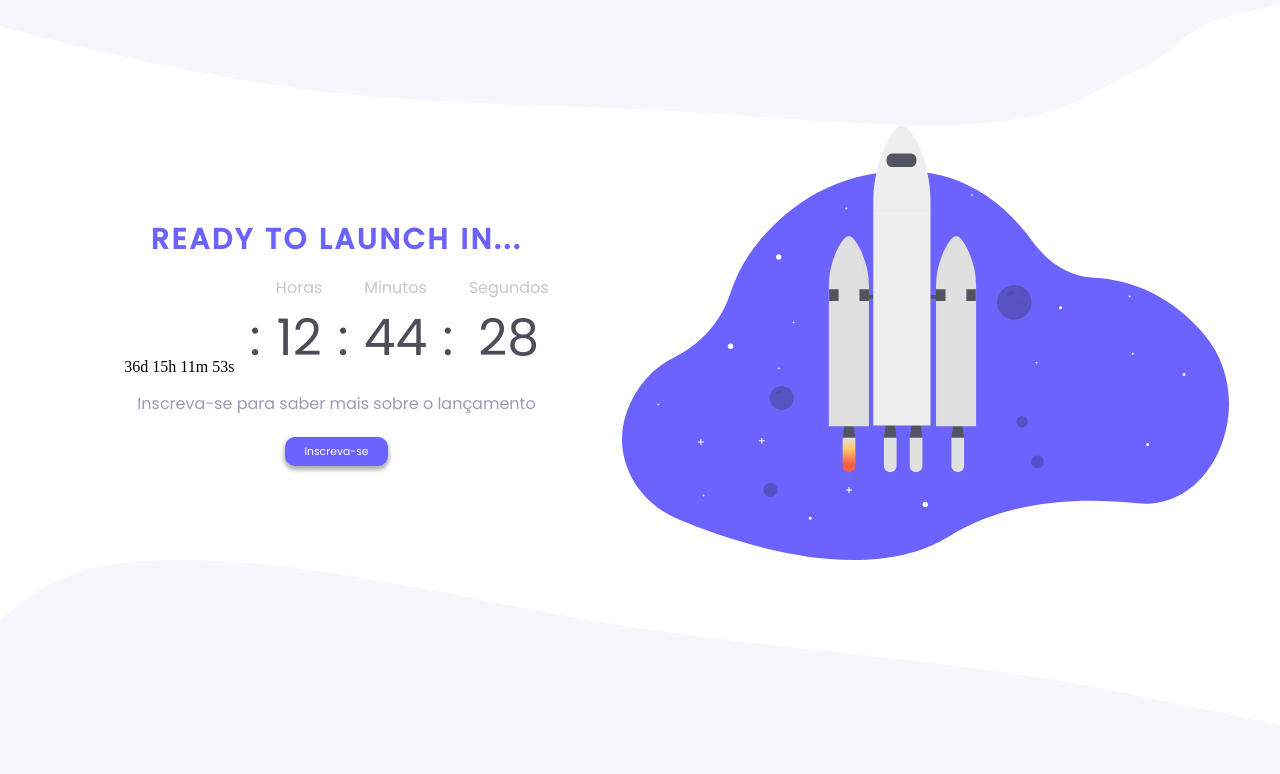
Repository: BrunoBross/countdown
Page: index.html
An editor plug-in stored every save of this project. The page is shown before and after the next save, followed by the edit.
The browser window is 1280 px wide. The pictures show the whole page.

Above is the page before, as saved 2021-11-30 01:10:17.

### index.html
<!DOCTYPE html>
<html lang="en">
<head>
  <meta charset="UTF-8">
  <meta http-equiv="X-UA-Compatible" content="IE=edge">
  <meta name="viewport" content="width=device-width, initial-scale=1.0">
  <title>Document</title>
  <link rel="stylesheet" href="./style.css">
  <link rel="preconnect" href="https://fonts.googleapis.com">
  <link rel="preconnect" href="https://fonts.gstatic.com" crossorigin>
  <link href="https://fonts.googleapis.com/css2?family=Poppins:wght@300;400;500&display=swap" rel="stylesheet">
</head>
<body>
  <div class="background">
    <img class="image" id="top" src="./assets/top-image.svg" alt="">
    <div class="center">
      <div class="content">
        <h1>READY TO LAUNCH IN...</h1>
        <div class="clock">
          <div class="time" id="day">
            <p>Dias</p>
            <h1>08</h1>
          </div>
          <div class="time"><h1>:</h1></div>
          <div class="time" id="hour">
            <p>Horas</p>
            <h1>12</h1>
          </div>
          <div class="time"><h1>:</h1></div>
          <div class="time" id="minute">
            <p>Minutos</p>
            <h1>44</h1>
          </div>
          <div class="time"><h1>:</h1></div>
          <div class="time" id="second">
            <p>Segundos</p>
            <h1>28</h1>
          </div>
        </div>
        <p>Inscreva-se para saber mais sobre o lançamento</p>
        <button class="subscribe">Inscreva-se</button>
      </div>
      <img id="rocket" src="./assets/rocket.svg" alt="">
    </div>
    <img class="image" id="bottom" src="./assets/bottom-image.svg" alt="">
  </div>
</body>

<script src="./script.js"></script>
</html>

### style.css
*{
  padding: 0;
  margin: 0;
}

body{
  background-color: #FFF;
}

.background{
  height: 100vh;
  display: flex;
  flex-direction: column;
  justify-content: space-between;
}

.center{
  padding: 0 4vw;
  display: flex;
  justify-content: space-between;
}

.image{
  width: 100vw;
}

.clock{
  margin: 2vh 0;
  display: flex;
  gap: 1.2vw;
  align-items: flex-end;
}

.time{
  display: flex;
  flex-direction: column;
  justify-content: center;
  align-items: center;
}

.time > p{
  font-family: 'Poppins', 'sans-serif';
  color: #C8C8C8;
}

.time > h1{
  font-family: 'Poppins', 'sans-serif';
  color: #4D4C59;
  font-size: 7vh;
  font-weight: 400;
}

.content{
  width: 50vw;
  display: flex;
  flex-direction: column;
  justify-content: center;
  align-items: center;
}

.content > h1{
  color: #6C63FF;
  font-family: 'Poppins', 'sans-serif';
  font-weight: 700;
  font-size: 4vh;
  letter-spacing: 0.2vw;
}

.content > p{
  font-family: 'Poppins', 'sans-serif';
  font-weight: 400;
  color: #9C9AB6;
}

.subscribe{
  margin-top: 3vh;
  width: 8vw;
  height: 4vh;
  border: none;
  background-color: #6C63FF;
  border-radius: 10px;
  font-family: 'Poppins', 'sans-serif';
  font-weight: 400;
  font-size: 1.5vh;
  color: #FFF;
  box-shadow: 0 3px 4px 1px #00000050;
  cursor: pointer;
}

### script.js
// Set the date we're counting down to
var countDownDate = new Date("Jan 5, 2022 15:37:25").getTime();

// Update the count down every 1 second
var x = setInterval(function() {

  // Get today's date and time
  var now = new Date().getTime();

  // Find the distance between now and the count down date
  var distance = countDownDate - now;

  // Time calculations for days, hours, minutes and seconds
  var days = Math.floor(distance / (1000 * 60 * 60 * 24));
  var hours = Math.floor((distance % (1000 * 60 * 60 * 24)) / (1000 * 60 * 60));
  var minutes = Math.floor((distance % (1000 * 60 * 60)) / (1000 * 60));
  var seconds = Math.floor((distance % (1000 * 60)) / 1000);

  // Display the result in the element with id="demo"
  document.querySelector("#day").innerHTML = days + "d " + hours + "h "
  + minutes + "m " + seconds + "s ";

  // If the count down is finished, write some text
  if (distance < 0) {
    clearInterval(x);
    document.getElementById("demo").innerHTML = "EXPIRED";
  }
}, 1000);

After the next save:
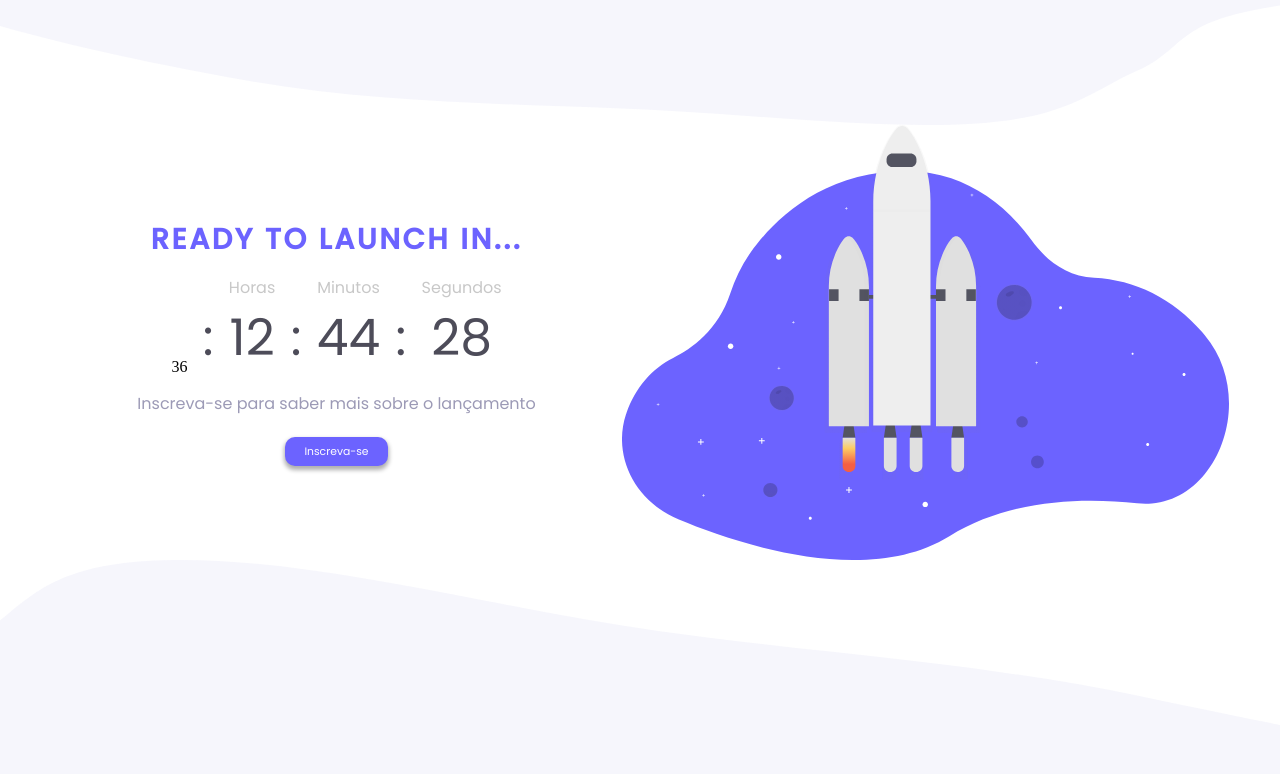
Saved 13 s later.
--- a/script.js
+++ b/script.js
@@ -17,8 +17,7 @@ var x = setInterval(function() {
   var seconds = Math.floor((distance % (1000 * 60)) / 1000);
 
   // Display the result in the element with id="demo"
-  document.querySelector("#day").innerHTML = days + "d " + hours + "h "
-  + minutes + "m " + seconds + "s ";
+  document.querySelector("#day").innerHTML = days
 
   // If the count down is finished, write some text
   if (distance < 0) {
